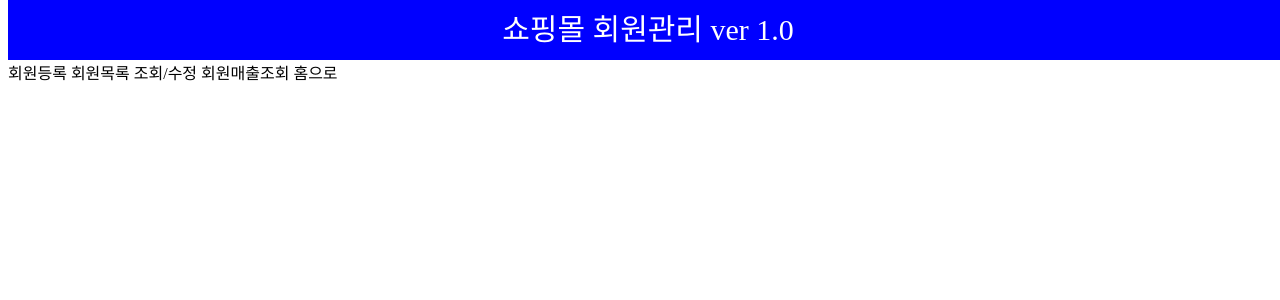
Repository: haileylee94/mini-project
Page: http://localhost/hrd/
An editor plug-in stored every save of this project. The page is shown before and after the next save, followed by the edit.
The browser window is 1280 px wide. The pictures show the whole page.
The page is served by Tomcat 9.

Above is the page before, as saved 2022-11-17 09:17:27.

After the next save:
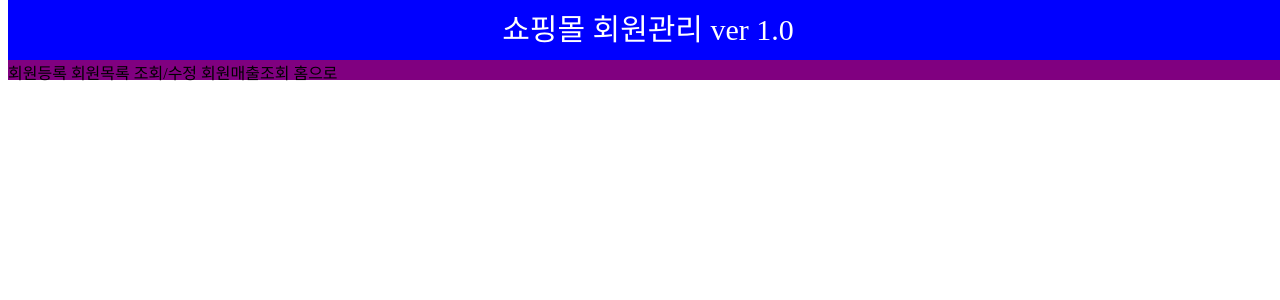
Saved 57 s later.
--- a/hrd/WebContent/index.jsp
+++ b/hrd/WebContent/index.jsp
@@ -22,6 +22,7 @@
 		top: 60px;
 		width: 100%;
 		height: 20px;
+		background-color: purple;
 	}
 </style>
 </head>
